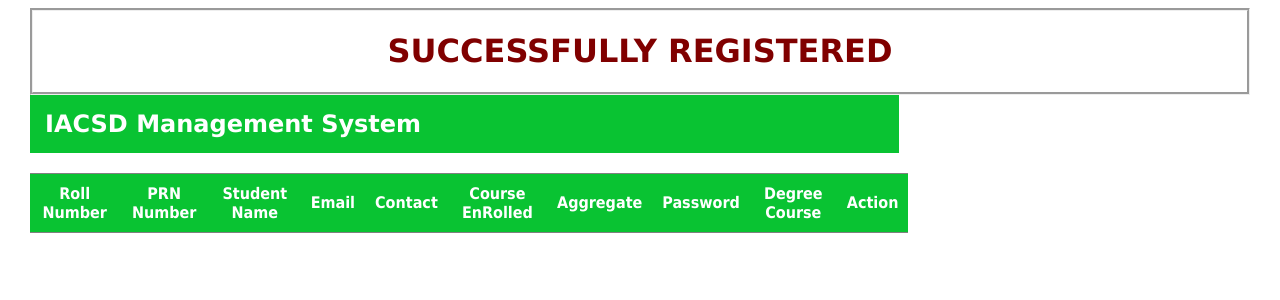
Repository: vsc8791/IMS
Page: http://localhost/web-customer-tracker/WEB-INF/view/list-students-success.jsp
The author's editor kept a copy of each file at every save. The page is drawn from the files as they stood at one save, then again after the next save.
The browser window is 1280 px wide. The pictures show the whole page.
The page is served by Tomcat 9. Nobody is signed in. Other server files are loaded and not shown. The template is opened directly, without the code that normally fills it, so the values that code supplies are empty.

Above is the page before, as saved 2018-07-26 10:53:33.

### web-customer-tracker/WebContent/WEB-INF/view/list-students-success.jsp

<%@ taglib uri="http://java.sun.com/jsp/jstl/core" prefix="c"%>

<!DOCTYPE html>

<html>

<head>
<title>List Students</title>

<!-- reference our style sheet -->

<link type="text/css" rel="stylesheet"
	href="${pageContext.request.contextPath}/resources/css/style.css" />

</head>

<body>
	<div align="center" style="color:maroon;border: groove;">
		<h1>SUCCESSFULLY REGISTERED</h1>
	</div>
	<div id="wrapper">
		<div id="header">
			<h2>IACSD Management System</h2>
		</div>
	</div>

	<div id="container">

		<div id="content">


			<!--  add our html table here -->

			<table>
				<tr>
					<th>Roll Number</th>
					<th>PRN Number</th>
					<th>Student Name</th>
					<th>Email</th>
					<th>Contact</th>
					<th>Course EnRolled</th>
					<th>Aggregate</th>
					<th>Password</th>
					<th>Degree Course</th>
					<th>Action</th>
				</tr>

				<!-- loop over and print our students -->
				<c:forEach var="tempStudent" items="${students}">



					<tr>
						<td>${tempStudent.rollNumber}</td>
						<td>${tempStudent.prnNumber}</td>
						<td>${tempStudent.studentName}</td>
						<td>${tempStudent.email}</td>
						<td>${tempStudent.contact}</td>
						<td>${tempStudent.course_enrolled}</td>
						<td>${tempStudent.aggregate}</td>
						<td>${tempStudent.password}</td>
						<td>${tempStudent.degree_course}</td>



					</tr>

				</c:forEach>

			</table>

		</div>

	</div>


</body>

</html>

### web-customer-tracker/WebContent/resources/css/style.css
html, body{
	margin-left:15px; margin-right:15px;
	padding:0px;
	font-family:Verdana, Arial, Helvetica, sans-serif;
}

table {
	border-collapse:collapse;
	border-bottom:1px solid gray;
	font-family: Tahoma,Verdana,Segoe,sans-serif;
	width:72%;
}

th {
	border-bottom:1px solid gray;
	background:none repeat scroll 0 0 #09c332;
	padding:10px;
	color: #FFFFFF;
}

tr {
	border-top:1px solid gray;
	text-align:center;
}

tr:nth-child(even) {background: #FFFFFF}
tr:nth-child(odd) {background: #BBBBBB}

#wrapper {width: 100%; margin-top: 0px; }
#header {width: 70%; background:#09c332; margin-top: 0px; padding:15px 0px 15px 15px;}
#header h2 {width: 100%; margin:auto; color: #FFFFFF;}
#container {width: 100%; margin:auto}
#container h3 {color: #000;}
#container #content {margin-top: 20px;}

.add-button {
	border: 1px solid #666;
	border-radius: 5px;
	padding: 4px;
	font-size: 12px;
	font-weight: bold;
	width: 120px;
	padding: 5px 10px;

	margin-bottom: 15px;
	background: #cccccc;
}

After the next save:
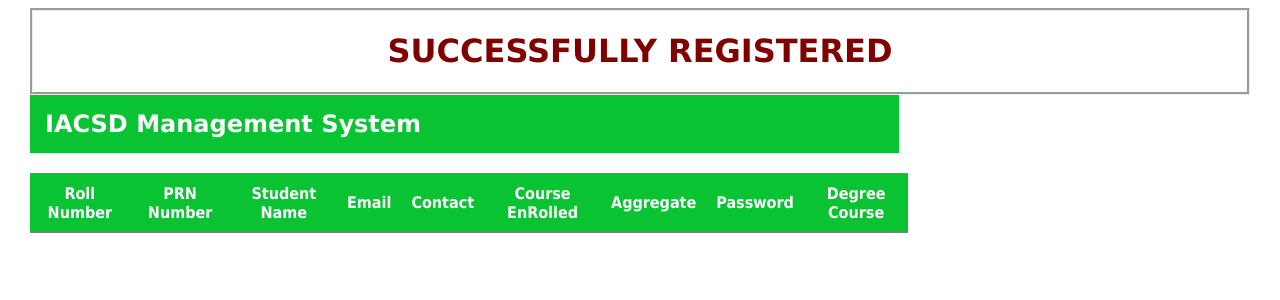
Saved 3 min 56 s later.
--- a/web-customer-tracker/WebContent/WEB-INF/view/list-students-success.jsp
+++ b/web-customer-tracker/WebContent/WEB-INF/view/list-students-success.jsp
@@ -43,7 +43,7 @@
 					<th>Aggregate</th>
 					<th>Password</th>
 					<th>Degree Course</th>
-					<th>Action</th>
+
 				</tr>
 
 				<!-- loop over and print our students -->
